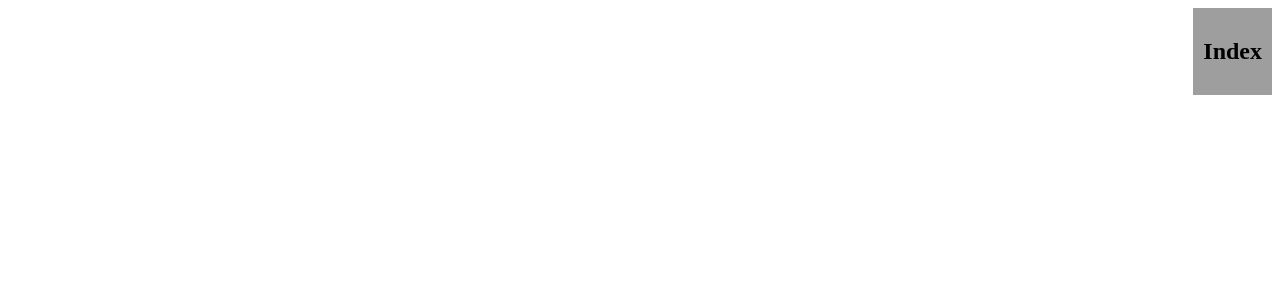
Repository: Team-Ikigami/Ascendance
Page: website/atg-rpg.com/guide/index.html
The author's editor kept a copy of each file at every save. The page is drawn from the files as they stood at one save, then again after the next save.
The browser window is 1280 px wide. The pictures show the whole page.
Pictures or frames that could not be fetched are drawn as grey boxes.

Above is the page before, as saved 2021-11-26 12:07:41.

### website/atg-rpg.com/guide/index.html
<!DOCTYPE html>
<html>
<head>
<meta charset="utf-8">
<meta name="viewport" content="width=device-width, initial-scale=1.0">
<title>Guide | ATG-RPG</title>
<link rel="stylesheet" href="../css/style.css">
</head>
<body>
    <!--Creates a sign in area-->
    <script></script>
    <div class="body">
        <div class="header">
            <h2 class="topbartitle">
            Index
            </h2>
        </div>
    </div>
</body>
</html>

### website/atg-rpg.com/css/style.css
.topbar {
	width: 100%;
	float: center;
	height 30px;
	background-color: #FFEB2A;
	border-radius: 15px 15px 15px 15px;
	border: Solid Black 2px;
}
.topbartitle {
	padding: 10px 10px 10px 10px;
}
.body {
	width: auto;
	float: right;
	height: auto;
	background-image: url(../img/bg.png);
}
.textinfobody {
	border-radius: 10px 10px 10px 10px;
	background-color: FFFFFF;
}
.sidebar {
	background-color: #FFEB2A;
	width: 40px;
	border: Solid Black 3px;
}
#all {
	background-color: #FFEB2A;
	border-radius: 0px 0px 0px 10px;
}
#guide {
	background-color: #FFEB2A;
}
#lore {
	background-color: #FFEB2A;
}
#download {
	background-color: #FFEB2A;
}
#help {
	background-color: #FFEB2A;
	border-radius: 0px 0px 10px 0px;
}

After the next save:
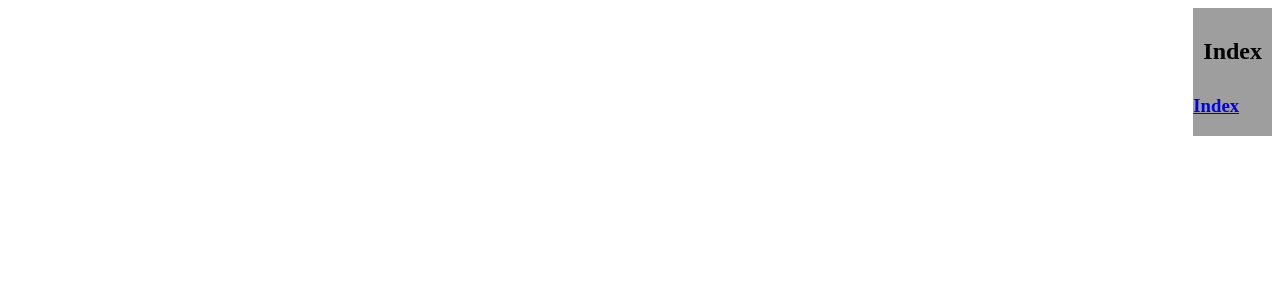
Saved 48 s later.
--- a/website/atg-rpg.com/guide/index.html
+++ b/website/atg-rpg.com/guide/index.html
@@ -15,6 +15,14 @@
             Index
             </h2>
         </div>
+        <div class="content">
+            <div class="content-box">
+                <h3>
+                    <a href="../guide/index.html">
+                        Index
+                    </a>
+                </h3>
+            </div>
     </div>
 </body>
 </html>
